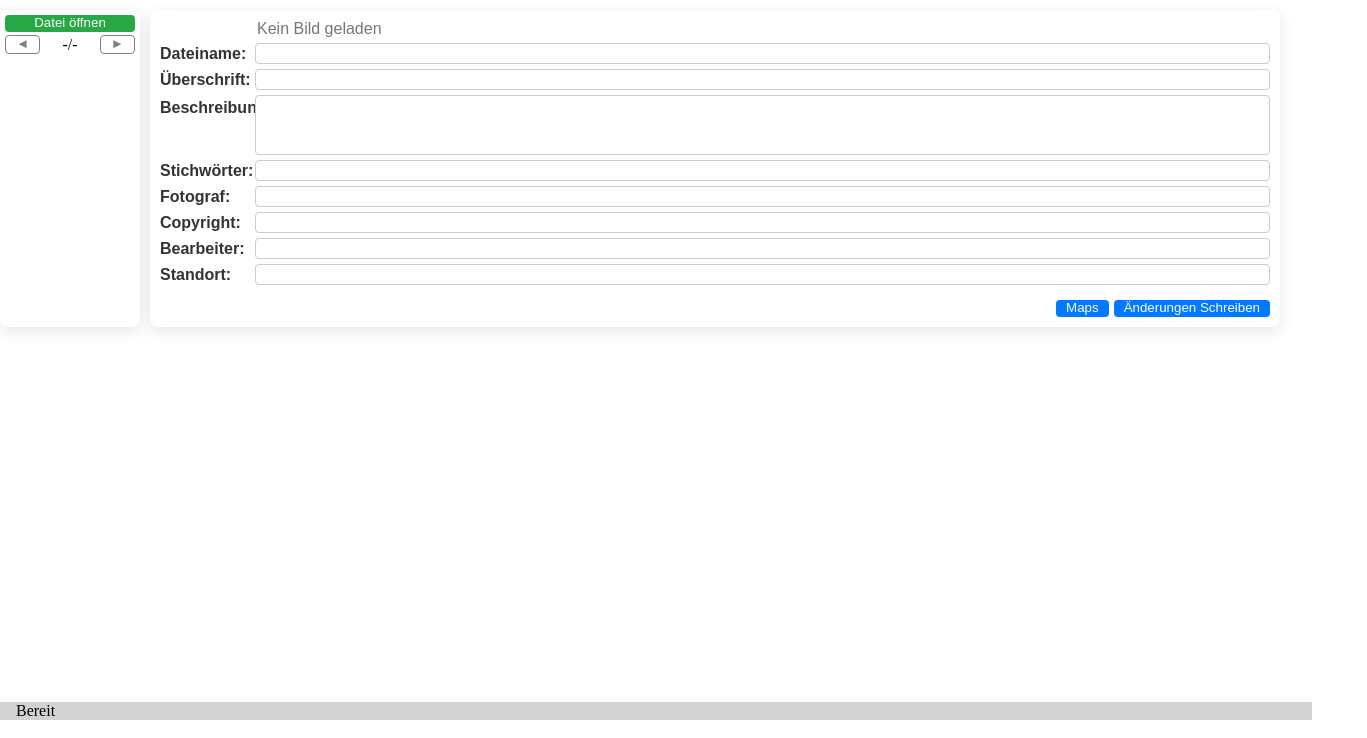
Repository: h-fahle/metadata
Page: ui/index.html
The author's editor kept a copy of each file at every save. The page is drawn from the files as they stood at one save, then again after the next save.
The browser window is 1280 px wide. The page is 1367 px wide, then 1347 px, so the pictures cover 1367 px, including what lies to the right of the window. The pictures show the whole page.

Above is the page before, as saved 2026-08-19 11:40:24.

After the next save:
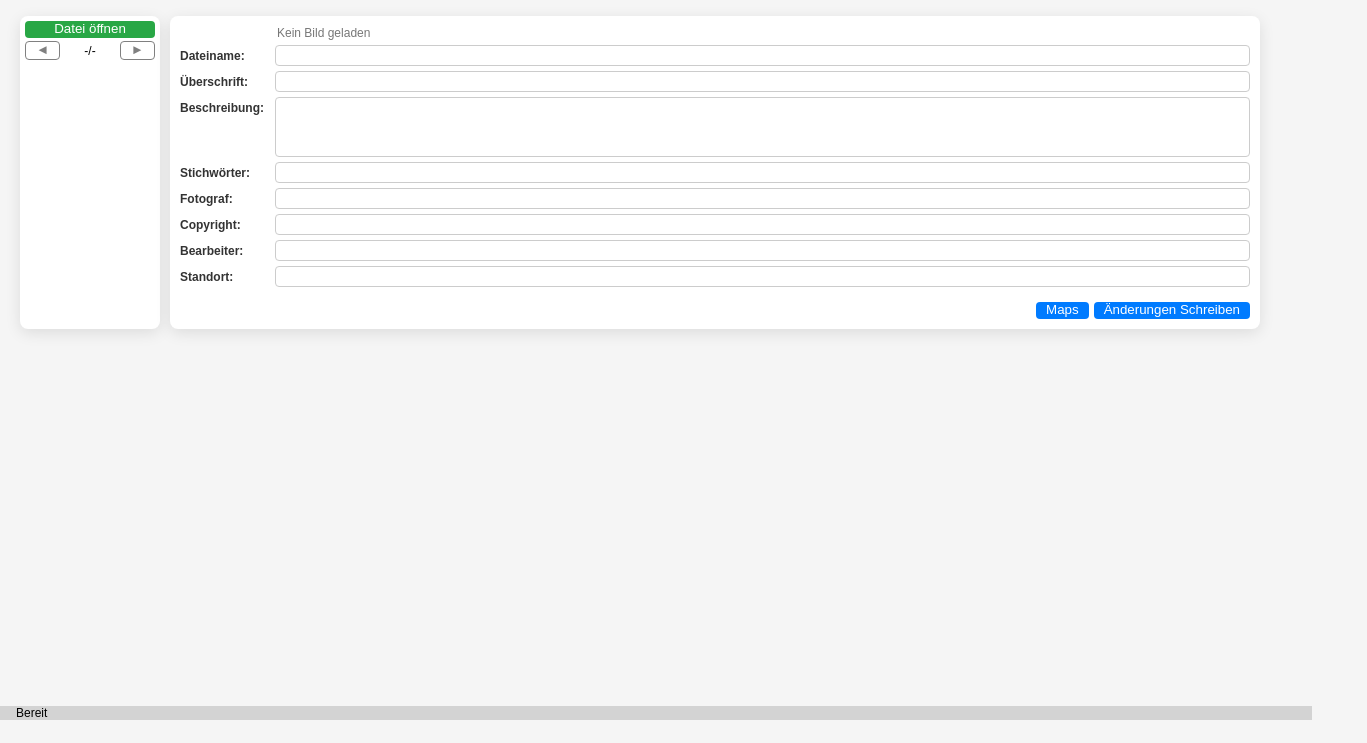
Saved 35 s later.
--- a/ui/style.css
+++ b/ui/style.css
@@ -8,7 +8,10 @@
 
 html, body {
   margin: 0;
-  padding: 0;
+	font-family: sans-serif;
+	font-size: 12px;
+	padding: 3px 10px;
+	background: #f5f5f5;
   min-height: 100vh; /* Mindestens so hoch wie das Browserfenster */
   display: flex;
   flex-direction: column;
